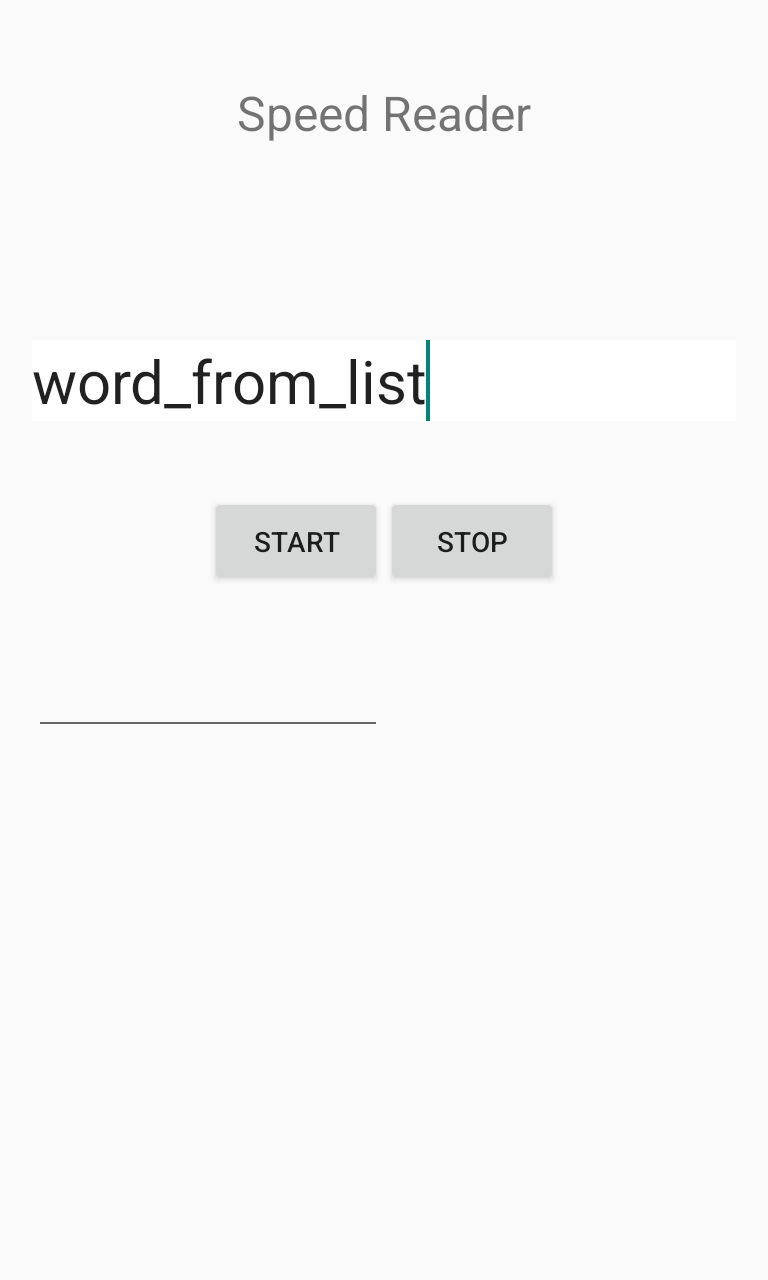
Repository: hdemby/workspace
Layout: SpeedReader/res/layout/activity_main.xml
An editor plug-in stored every save of this project. The layout is shown before and after the next save, followed by the edit.
It is drawn on a 768 x 1280 px phone screen (xhdpi) without system bars, with theme AppTheme; the app's code is not run.

Above is the layout before, as saved 2014-12-03 17:40:30.

### SpeedReader/res/layout/activity_main.xml
<RelativeLayout xmlns:android="http://schemas.android.com/apk/res/android"
    xmlns:tools="http://schemas.android.com/tools"
    android:layout_width="match_parent"
    android:layout_height="match_parent"
    android:paddingBottom="@dimen/activity_vertical_margin"
    android:paddingLeft="@dimen/activity_horizontal_margin"
    android:paddingRight="@dimen/activity_horizontal_margin"
    android:paddingTop="@dimen/activity_vertical_margin"
    tools:context="coursera.speedreader.MainActivity" >

    <LinearLayout
        android:id="@+id/linearLayout1"
        android:layout_width="wrap_content"
        android:layout_height="wrap_content"
        android:layout_centerHorizontal="true"
        android:layout_marginTop="154dp"
        android:orientation="vertical" >
    </LinearLayout>

    <TextView
        android:id="@+id/textView1"
        android:layout_width="wrap_content"
        android:layout_height="wrap_content"
        android:layout_alignParentTop="true"
        android:layout_centerHorizontal="true"
        android:layout_marginTop="24dp"
        android:text="@string/app_name"
        android:textSize="24sp" />

    <EditText
        android:id="@+id/editText1"
        android:layout_width="wrap_content"
        android:layout_height="wrap_content"
        android:layout_alignTop="@+id/linearLayout1"
        android:layout_centerHorizontal="true"
        android:background="#ffffffff"
        android:ems="10"
        android:text="@string/window_text"
        android:textSize="30sp" >

        <requestFocus />
    </EditText>

    <LinearLayout
        android:id="@+id/linearLayout3"
        android:layout_width="wrap_content"
        android:layout_height="wrap_content"
        android:layout_below="@+id/editText1"
        android:layout_centerHorizontal="true"
        android:layout_marginTop="36dp" >

        <Button
            android:id="@+id/button1"
            android:layout_width="wrap_content"
            android:layout_height="wrap_content"
            android:layout_marginBottom="34dp"
            android:text="Start" />

        <Button
            android:id="@+id/button2"
            android:layout_width="wrap_content"
            android:layout_height="wrap_content"
            android:text="Stop" />
    </LinearLayout>

    <EditText
        android:id="@+id/editText2"
        android:layout_width="match_parent"
        android:layout_height="wrap_content"
        android:layout_alignRight="@+id/linearLayout1"
        android:layout_below="@+id/linearLayout3"
        android:clickable="false"
        android:ems="10"
        android:focusable="false"
        android:focusableInTouchMode="false"
        android:inputType="textMultiLine" />

</RelativeLayout>

### SpeedReader/res/values/strings.xml
<?xml version="1.0" encoding="utf-8"?>
<resources>

    <string name="app_name">Speed Reader</string>
    <string name="hello_world">Hello world!</string>
    <string name="action_settings">Settings</string>
    <string name="window_text">word_from_list</string>
    <string name="content_text">
        This is text to populate the contents of the reading window.
        I may include ont of the class lectures as the content for this app</string>

</resources>

Loaded but not shown: SpeedReader/res/values/styles.xml (common file); SpeedReader/res/values-v11/styles.xml (common file); SpeedReader/res/values-v14/styles.xml (common file); SpeedReader/res/values/dimens.xml (common file); SpeedReader/res/values-w820dp/dimens.xml (common file)

After the next save:
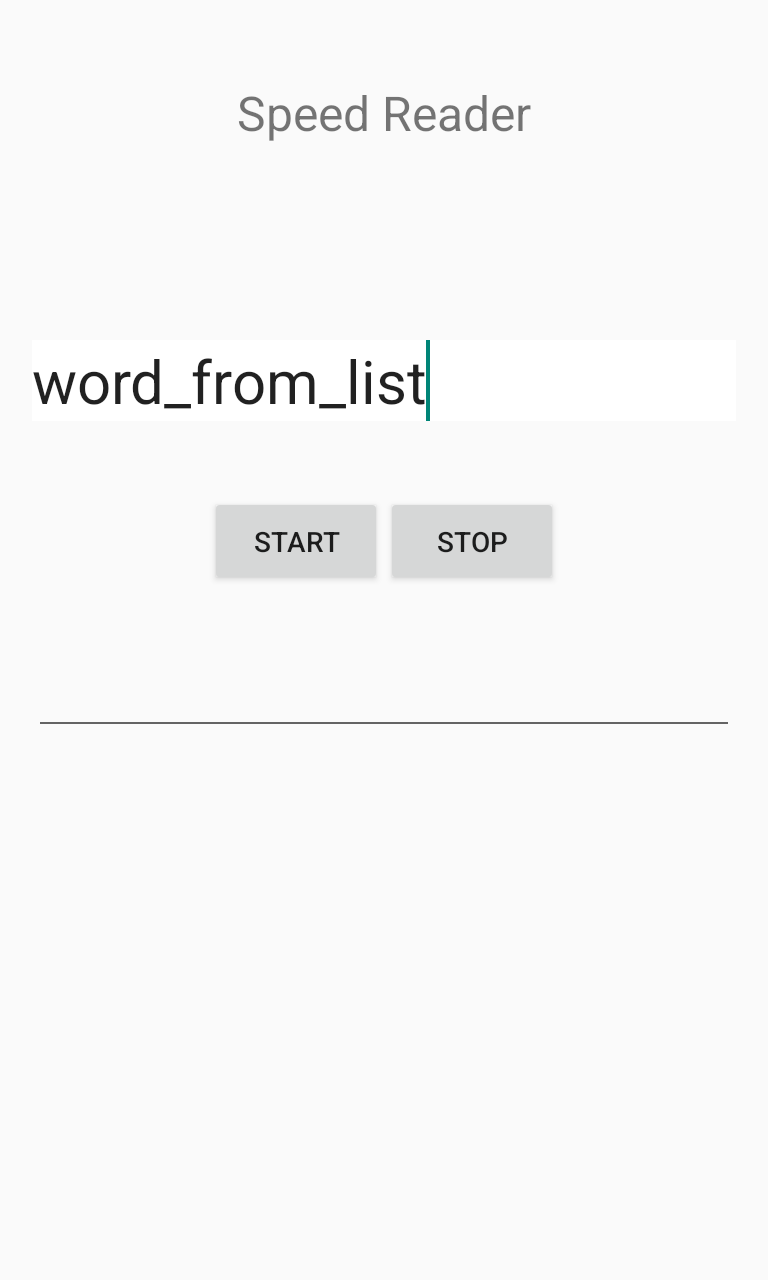
Saved 5 min 36 s later.
--- a/SpeedReader/res/layout/activity_main.xml
+++ b/SpeedReader/res/layout/activity_main.xml
@@ -67,7 +67,7 @@
         android:id="@+id/editText2"
         android:layout_width="match_parent"
         android:layout_height="wrap_content"
-        android:layout_alignRight="@+id/linearLayout1"
+        android:layout_alignRight="@+id/editText1"
         android:layout_below="@+id/linearLayout3"
         android:clickable="false"
         android:ems="10"
--- a/SpeedReader/res/values/strings.xml
+++ b/SpeedReader/res/values/strings.xml
@@ -8,5 +8,6 @@
     <string name="content_text">
         This is text to populate the contents of the reading window.
         I may include ont of the class lectures as the content for this app</string>
+    <string name="file_text">This will be the text that is displayed word by word in the reading window. It will eventually be provided by reading a text file stored on the device. The words will be presented one at a time at a set rate of speed with an extra pause at the end of a sentence. I will later add controls to review wind the text to the last sentence. I will also be adding controls to save the text at the current point so the reader can resume at a later time. The ultimate version will provide feedback on reading rate, precentage completed and time spent reading. </string>
 
 </resources>
